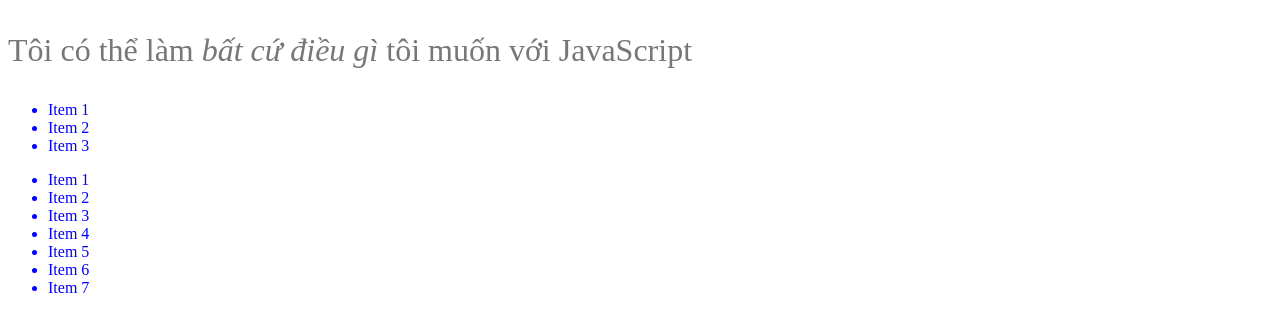
Repository: khanhnahk306/khanhnahk.github.io
Page: DOM/index.html
An editor plug-in stored every save of this project. The page is shown before and after the next save, followed by the edit.
The browser window is 1280 px wide. The pictures show the whole page.

Above is the page before, as saved 2022-06-03 13:54:08.

### DOM/index.html
<!DOCTYPE html>
<html lang="en">
  <head>
    <meta charset="UTF-8" />
    <meta http-equiv="X-UA-Compatible" content="IE=edge" />
    <meta name="viewport" content="width=device-width, initial-scale=1.0" />
    <title>DOM</title>
  </head>
  <body>
    <p id="text">
      Mặt khác, các phần tử DOM đều là các node trên cây cấu trúc DOM
    </p>

    <ul>
      <li>Item 1</li>
      <li>Item 2</li>
      <li>Item 3</li>
    </ul>

    <ul id="list">
      <li>Item 1</li>
      <li>Item 2</li>
      <li>Item 3</li>
      <li>Item 4</li>
      <li>Item 5</li>
      <li>Item 6</li>
      <li>Item 7</li>
    </ul>

    <script>
      let p = document.getElementById("text");
      p.style.color = "#777";
      p.style.fontSize = "2rem";
      p.innerHTML =
        "Tôi có thể làm <em> bất cứ điều gì </em> tôi muốn với JavaScript";

      const para = document.querySelectorAll("li");
      console.log(para);
      for (let i = 0; i < para.length; i++) {
        para[i].style.color = "blue";
      }

      const para1 = document.createElement("li");
      para1.innerText = "Item8";
    </script>
  </body>
</html>

After the next save:
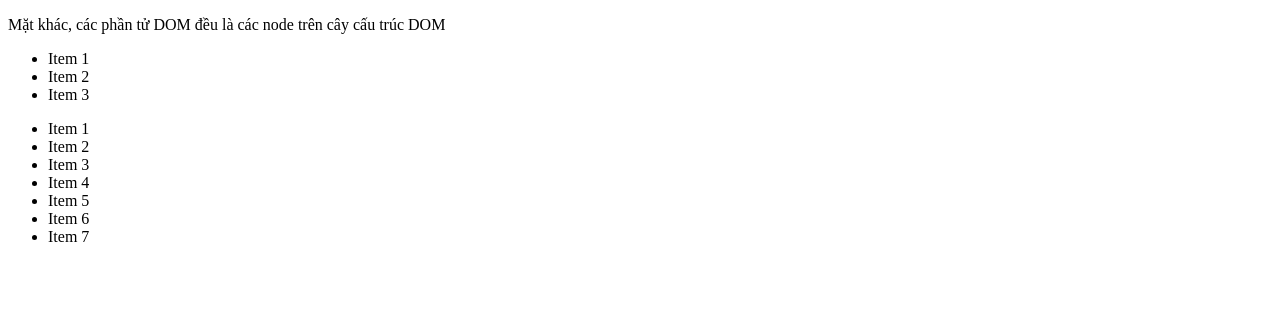
Console error: SyntaxError: Unexpected end of input
Saved 19 s later.
--- a/DOM/index.html
+++ b/DOM/index.html
@@ -42,6 +42,7 @@
 
       const para1 = document.createElement("li");
       para1.innerText = "Item8";
+      document.
     </script>
   </body>
 </html>

After the 5 saves that followed:
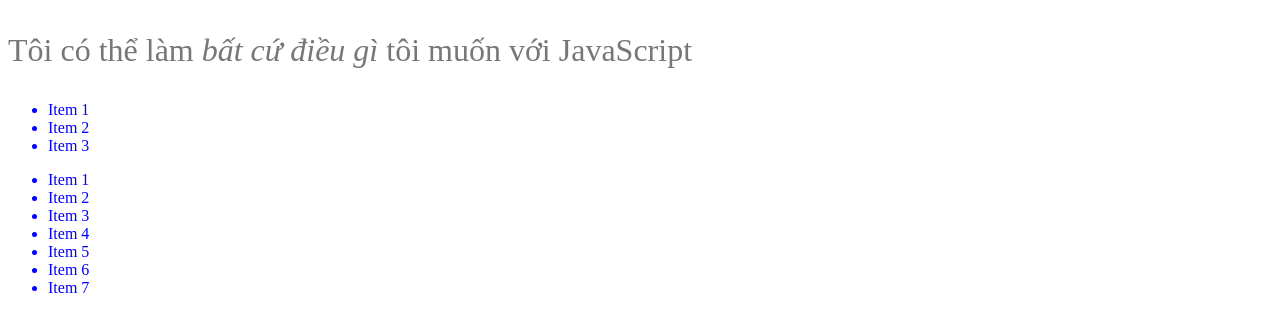
The error is gone.
The 5 saves are shown as one change because they came seconds apart.
The last was saved 11 s later.
--- a/DOM/index.html
+++ b/DOM/index.html
@@ -42,7 +42,7 @@
 
       const para1 = document.createElement("li");
       para1.innerText = "Item8";
-      document.
+      document.body.prepend()
     </script>
   </body>
 </html>
